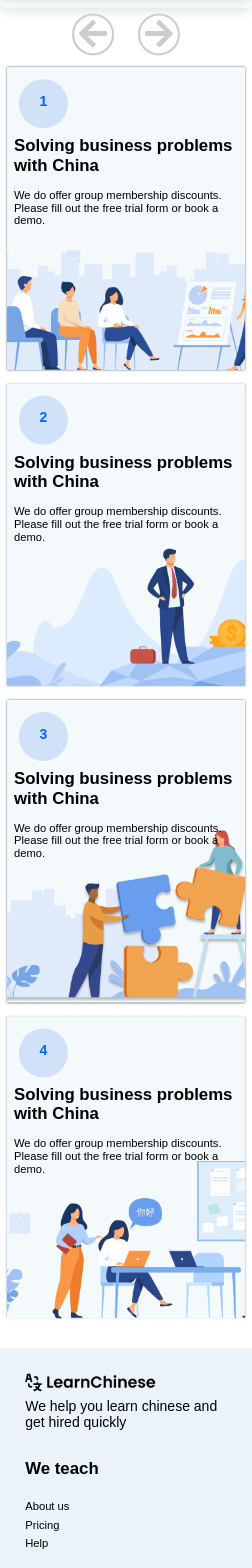
Repository: BinhIT/ChineseLearn
Page: index.html
These files come from the project's save history. The page is drawn as it stood at one moment and after the next save; the edit follows.
The browser window is 360 px wide. The pictures show the part of the page from y = 1913 to 4153 px (the page is 4390 px tall), at 70% of full size.

Above is the page before, as saved 2023-03-02 20:09:04.

### index.html
<!DOCTYPE html>
<html lang="en">

<head>
    <meta charset="UTF-8">
    <meta http-equiv="X-UA-Compatible" content="IE=edge">
    <meta name="viewport" content="width=device-width, initial-scale=1.0">
    <link rel="icon" type="image/x-icon" href="./image/uil_english-to-chinese.svg">
    <meta name="viewport" content="width=device-width, initial-scale=1">
    <link rel="stylesheet" href="https://cdnjs.cloudflare.com/ajax/libs/font-awesome/4.7.0/css/font-awesome.min.css">
    <meta name="viewport" content="width=device-width, initial-scale=1">
    <link rel="stylesheet" href="https://cdnjs.cloudflare.com/ajax/libs/font-awesome/4.7.0/css/font-awesome.min.css">
    <link rel="stylesheet" href="./css/main.css">
    <link rel="stylesheet" href="./css/header.css">
    <link rel="stylesheet" href="./css/section.css">
    <link rel="stylesheet" href="./css/stories_card.css">
    <link rel="stylesheet" href="./css/4step.css">
    <link rel="stylesheet" href="./css/QA.css">
    <link rel="stylesheet" href="./css/footer.css">
    <title>Learn Chinese </title>
</head>

<body>
    <nav id="menu_header">
        <a href="javascript:void(0);" class="icon_nav" onclick="myFunction()">
            <i class="fa fa-bars"></i>
        </a>
        <label class="logo_main"><img src="./image/logo.png" alt=""></label>
        <label class="logo_mobile"><img src="./image/logo_short.png" alt=""></label>
        <ul id="menu_link">
            <li><a href="#">About us</a></li>
            <li><a href="#">Fricing</a></li>
            <li><a href="#">Help</a></li>
        </ul>
        <ul id="menu_btn">
            <button class="btn default">Sign In</button>
            <button class="btn info">Get Started</button>
        </ul>

    </nav>
    <!-- Hero section -->
    <section class="hero-section">
        <div class="row flex-container ">
            <div class="hero-col1">
                <h1>We help you learn chinese and get hired quickly</h1>
                <h4>The free, fun, and effective way to learn a language!</h4>
                <button class="btn btn_hero">Get Started</button>
            </div>
            <div class="hero-col2">
                <img src="./image/img-hero.png" alt="">
            </div>
        </div>

    </section>
    <!--End hero section -->
    <!-- Start section -->
    <section class="start-section">
        <div class="row flex-container">
            <div class="start-img">
                <img src="./image/start.png" alt="">
            </div>
            <div class="start-content">
                <h1>Start your business</h1>
                <p>Want to start speaking Chinese from your first lesson? You will! Our lessons take you by the hand and
                    guide you through real Chinese conversations. Our teachers slow down and explain every word and
                    phrase.
                </p>
                <p>
                    Just imagine... you’ll finally understand every Chinese word you hear.Learning for travel or love?
                    Want
                    to focus on reading, writing, grammar or culture? You get lessons based on your goals and needs.
                </p>
            </div>

        </div>

    </section>
    <!--End Start section -->
    <!-- Innovative section -->
    <section class="row innovative-section">
        <div class=" innovative-container">
            <div class="innovative-content">
                <h1>Innovative teaching methods</h1>
                <h4>Transform your life by committing to learning for 30 minutes a day</h4>
            </div>
            <div class="innovative-img">
                <img src="./image/innovative.png" alt="">
            </div>

        </div>

    </section>
    <!--End Innovative section -->
    <!-- Section stories student -->
    <section class="stories-section">
        <h1>Success stories of our students</h1>
        <div class="wrapper cardGroup">

            <div class="card">
                <div class="card-banner">
                    <img class="icon-img" src='./image/bi_chat-quote.svg' alt=''>
                </div>
                <div class="card-body">
                    <p class="blog-description">"The courses are hands-on and allow you to practice as you learn so the
                        concepts stick better. Their Career Paths and interview prep content also offer general insights
                        and helpful tips on job searching in tech."
                    </p>
                    <div class="card-profile">
                        <img class="profile-img" src='./image/Ellipse 1.png' alt=''>
                        <div class="card-profile-info">
                            <h3 class="profile-name">Savannah Nguyen</h3>
                            <p class="profile-followers">Medical Assistant</p>
                        </div>
                    </div>
                </div>
            </div>

            <div class="card">
                <div class="card-banner">
                    <img class="icon-img" src='./image/bi_chat-quote.svg' alt=''>
                </div>
                <div class="card-body">
                    <p class="blog-description">"Great courses and very helpful tips for career build-up! I love the
                        learning methods, very complete with projects and quizzes that help you review your knowledge."
                    </p>

                    <div class="card-profile">
                        <img class="profile-img" src='./image/Ellipse 2.png' alt=''>
                        <div class="card-profile-info">
                            <h3 class="profile-name">Savannah Nguyen</h3>
                            <p class="profile-followers">Dog Trainer</p>
                        </div>
                    </div>
                </div>
            </div>

            <div class="card">
                <div class="card-banner">
                    <img class="icon-img" src='./image/bi_chat-quote.svg' alt=''>
                </div>
                <div class="card-body">
                    <p class="blog-description">"It is so helpful to have a thoroughly designed curriculum put together
                        for a step by step learning journey. The little coding tasks and bigger projects are well
                        designed to reinforce the concepts."
                    </p>

                    <div class="card-profile">
                        <img class="profile-img" src='./image/Ellipse 3.png' alt=''>
                        <div class="card-profile-info">
                            <h3 class="profile-name">Cody Fisher</h3>
                            <p class="profile-followers">Web Designer</p>
                        </div>
                    </div>
                </div>
            </div>

        </div>
        <div class="btn-group">
            <button onclick='slideLeft()'>
                <svg viewBox="0 0 448 512" width="40" title="arrow-left">
                    <path fill="currentColor"
                        d="M257.5 445.1l-22.2 22.2c-9.4 9.4-24.6 9.4-33.9 0L7 273c-9.4-9.4-9.4-24.6 0-33.9L201.4 44.7c9.4-9.4 24.6-9.4 33.9 0l22.2 22.2c9.5 9.5 9.3 25-.4 34.3L136.6 216H424c13.3 0 24 10.7 24 24v32c0 13.3-10.7 24-24 24H136.6l120.5 114.8c9.8 9.3 10 24.8.4 34.3z" />
                </svg>
            </button>
            <button onclick='slideRight()'>
                <svg viewBox="0 0 448 512" width="40" title="arrow-right">
                    <path
                        d="M190.5 66.9l22.2-22.2c9.4-9.4 24.6-9.4 33.9 0L441 239c9.4 9.4 9.4 24.6 0 33.9L246.6 467.3c-9.4 9.4-24.6 9.4-33.9 0l-22.2-22.2c-9.5-9.5-9.3-25 .4-34.3L311.4 296H24c-13.3 0-24-10.7-24-24v-32c0-13.3 10.7-24 24-24h287.4L190.9 101.2c-9.8-9.3-10-24.8-.4-34.3z" />
                </svg>
            </button>
        </div>
    </section>
    <!--End  Section stories student -->
    <!-- Section call to action -->
    <section class="row" style="display: none;">
        <div class="  wrapper call-action-wrapper">
            <h1>Start your learning journey today!</h1>
            <h3>With a free 7-day trial!</h3>
            <div>
                <button class="btn btn_defaut">Get Started</button>
            </div>

        </div>
    </section>
    <!--End  Section call to action -->
    <!-- Section steps-->
    <section class="steps-section">
        <div class="wrapper steps-wrapper">
            <div class="card-steps " style="background-image: url('./image/step1-bg.png');">
                <div class="card-steps-action">
                    <div class="step-number">
                        <h4>1</h4>
                    </div>
                </div>
                <div class="card-steps-content">
                    <h2>Solving business problems with China</h2>
                    <p>We do offer group membership discounts. Please fill out the free trial form or book a demo.</p>
                </div>
            </div>
            <div class="card-steps" style="background-image: url('./image/step2-bg.png')">
                <div class="card-steps-action">
                    <div class="step-number">
                        <h4>2</h4>
                    </div>
                </div>
                <div class="card-steps-content">
                    <h2>Solving business problems with China</h2>
                    <p>We do offer group membership discounts. Please fill out the free trial form or book a demo.</p>
                </div>
            </div>
            <div class="card-steps" style="background-image: url('./image/step3-bg.png')">
                <div class="card-steps-action">
                    <div class="step-number">
                        <h4>3</h4>
                    </div>
                </div>
                <div class="card-steps-content">
                    <h2>Solving business problems with China</h2>
                    <p>We do offer group membership discounts. Please fill out the free trial form or book a demo.</p>
                </div>
            </div>
            <div class="card-steps" style="background-image: url('./image/step4-bg.png')">
                <div class="card-steps-action">
                    <div class="step-number">
                        <h4>4</h4>
                    </div>
                </div>
                <div class="card-steps-content">
                    <h2>Solving business problems with China</h2>
                    <p>We do offer group membership discounts. Please fill out the free trial form or book a demo.</p>
                </div>
            </div>


        </div>

    </section>
    <!--End  Section steps -->
    <!-- Section QA-->
    <section class="qa-section" style="display: none;">
        <div class=" row wrapper qa-container">
            <div class="qa-img col">
                <img src="./image/QA.png" alt="">
            </div>
            <div class="qa-content col">
                <!-- <div class="div-question">
                    <h1>QA</h1>
                </div>
                <div class="div-question">
                    <h5>How long does my subscription last?</h5>
                    <p>We do offer group membership discounts. Please fill out the free trial form or book a demo
                        here
                        and someone from our Enterprise team will follow up with you.</p>
                </div> -->
                <div class="faq-container">
                    <div class="faq">
                        <h3 class="faq-title">
                            How long does my subscription last?
                        </h3>
                        <p class="faq-text">We do offer group membership discounts. Please fill out the free trial form
                            or book a demo here and someone from our Enterprise team will follow up with you.</p>
                        <button class="faq-toggle">
                            <img src="./image/plus.svg" id="plus_btn">
                            <img src="./image/subtract.svg" id="sub_btn">
                        </button>
                    </div>

                    <div class="faq active">
                        <h3 class="faq-title">
                            What can I do if I'm stuck on a learning task?
                        </h3>
                        <p class="faq-text">We do offer group membership discounts. Please fill out the free trial form
                            or book a demo here and someone from our Enterprise team will follow up with you.</p>
                        <button class="faq-toggle">
                            <img src="./image/plus.svg" id="plus_btn">
                            <img src="./image/subtract.svg" id="sub_btn">
                        </button>
                    </div>
                    <div class="faq">
                        <h3 class="faq-title">
                            Do you have a free trial?
                        </h3>
                        <p class="faq-text">We do offer group membership discounts. Please fill out the free trial form
                            or book a demo here and someone from our Enterprise team will follow up with you.</p>
                        <button class="faq-toggle">
                            <img src="./image/plus.svg" id="plus_btn">
                            <img src="./image/subtract.svg" id="sub_btn">
                        </button>
                    </div>
                    <div class="faq">
                        <h3 class="faq-title">
                            What if I have a question that isn't answered here?
                        </h3>
                        <p class="faq-text">We do offer group membership discounts. Please fill out the free trial form
                            or book a demo here and someone from our Enterprise team will follow up with you.</p>
                        <button class="faq-toggle">
                            <img src="./image/plus.svg" id="plus_btn">
                            <img src="./image/subtract.svg" id="sub_btn">
                        </button>
                    </div>


                </div>
            </div>
        </div>
    </section>
    <!-- footer -->
    <footer class="footer-container">
        <div class="footer">
            <div class="footer-heading">
                <img class="logo_footer" src="./image/logo-dark.png" alt="">
                <p>We help you learn chinese and get hired quickly</p>
            </div>

            <div class="footer-heading">
                <h2>We teach</h2>
                <a href="">About us </a>
                <a href="">Pricing</a>
                <a href="">Help</a>
            </div>

            <div class="footer-heading">
                <h2>Subcribe</h2>
                <div class="subcribe-form">

                    <input id="search-input" autocomplete="off" autocorrect="off" autocapitalize="off" type="input"
                        placeholder="test@mail.com" />
                    <button id="search-button"><img src="./image/Arrow 1.svg" alt=""></button>
                </div>
            </div>
        </div>
        <div class="footer-absolute">
            <div>Copyright © 2022.</div>
            <div>
                <ul class="social-icons">
                    <li><a class="linkedin" href="#"><img src="./image/linkin-icon.svg" alt=""></a></li>
                    <li><a class="facebook" href="#"><img src="./image/fb-icon.svg" alt=""></a></li>
                    <li><a class="github" href="#"><img src="./image/github.svg" alt=""></a></li>
                </ul>
            </div>
        </div>
    </footer>
    <!-- Site footer -->

</body>
<script src="./js/main.js"></script>
<script src="./js/slider.js"></script>

</html>

### css/main.css
:root {
    --clr-gray-light: #d7dfe2;
    --clr-gray-med: #616b74;
    --clr-gray-dark: #414b56;
    --clr-primary: #0066FF;
    --clr-blue: #EAF3FA;
    ;
}

@import url('https://fonts.googleapis.com/css2?family=Poppins:wght@500;600&display=swap');



* {
    padding: 0;
    margin: 0;
    text-decoration: none;
    list-style: none;
    font-family: 'Poppins', sans-serif;

}

body {

    padding: auto;
    margin: auto;
}

.wrapper {
    padding-top: 2%;
    display: flex;
    flex-wrap: wrap;
    justify-content: center;
}

.btn {
    border-radius: 25px;
    font-size: 16px;
    cursor: pointer;
    border: none;

}

.btn_defaut {
    background-color: #fff;
    padding: 15px 45px;
    font-weight: 700;
    color: #000;

}

.call-action-wrapper {
    width: 70%;
    margin: auto;
    color: #ffff;
    text-align: center;
    line-height: 4em;
    background-color: var(--clr-primary);
    flex-direction: column;
    height: 14em;
    border-radius: 25px;

}

.call-action-wrapper h1 {
    font-size: 40px;
}

.call-action-wrapper h3 {
    font-size: 30px;
    font-weight: 400;
}

### css/header.css
#menu_header {
    display: flex;
    flex-wrap: nowrap;
    justify-content: space-between;
    align-items: center;
}

nav {
    width: 85%;
    height: 65px;
    margin: 0 auto;
    background: #ffffff;
    border-bottom: 2px solid #B3B3B3;
}

label.logo {
    font-size: 35px;
    font-weight: bold;
    color: #fff;
    padding: 0 100px;
    line-height: 80px;
}

nav ul {
    float: right;
    margin-right: 40px;
}

nav li {
    display: inline-block;
    margin: 0 8px;
    line-height: 80px;
}

nav a {
    color: #000000;
    font-size: 18px;
    font-weight: 700;
    border: 1px solid transparent;
    padding: 7px 10px;
    border-radius: 3px;
}

a.active,
a:hover {
    border: 1px solid #000000;
    transition: .5s;
}


/* Blue */
.info {
    background-color: #0066FF;
    border-color: #2196F3;
    color: rgb(255, 255, 255);
    padding: 8px 28px;
}

.info:hover {
    background: #0066FF;
    color: white;
}

/* Gray */
.default {
    border-color: #e7e7e7;
    color: black;
    padding: 8px 28px;
}

.default:hover {
    background: #e7e7e7;
}

/* logo */
.logo_mobile {
    display: none;
}

#menu_header .icon_nav {
    display: none;

}



@media only screen and (max-width:854px) {
    .logo_mobile {
        display: block;
    }

    .logo_main {
        display: none;
    }

    nav {
        width: 95%;
    }

    #menu_header .icon_nav {
        display: block;
        width: 30%;
    }

    #menu_btn {
        display: contents;
        float: right;
    }

    #menu_btn .default {
        display: none;
    }

    #menu_header #menu_link {
        display: none;
    }

    .btn_header {
        font-size: 5px;
        padding: 8px 25px;
    }


}

@media only screen and (max-width: 1024px) {
    nav #icon {
        display: block;
    }

    .logo_mobile {
        display: block;
        width: 15%;
    }

    .logo_main {
        display: none;
    }

    nav a {
        font-size: 18px;
    }

    a.active,
    a:hover {
        border: none;
        color: #3498db;
    }

    nav ul.show {
        left: 0;
    }

    .btn_header {

        font-size: 8px;
    }
}

### css/stories_card.css
.card {
    overflow: hidden;
    box-shadow: 0px 2px 20px var(--clr-gray-light);
    background: white;
    border-radius: 0.5rem;
    position: relative;
    width: 350px;
    margin: 1rem;
    transition: 250ms all ease-in-out;
    cursor: pointer;
}

.card:hover {
    transform: scale(1.05);
    box-shadow: 0px 2px 40px var(--clr-gray-light);
}

.icon-img {
    padding-top: 2%;
    height: 2rem;
    width: 14%;
}


.card-body {
    margin: 2rem 1rem 1rem 1rem;
}

.blog-hashtag {
    font-size: 0.9rem;
    font-weight: 500;
    color: var(--clr-link);
}

.blog-title {
    line-height: 1.5rem;
    margin: 1rem 0 0.5rem;
}

.blog-description {
    color: var(--clr-gray-med);
    font-size: 0.9rem;
    text-align: left;
}

.card-profile {
    display: flex;
    margin-top: 2rem;
    align-items: center;
}

.profile-img {
    width: 60px;
    height: 60px;
    object-fit: cover;
    border-radius: 50%;
}

.card-profile-info {
    margin-left: 1rem;
}

.profile-name {
    font-size: 1rem;
}

.profile-followers {
    color: var(--clr-gray-med);
    font-size: 0.9rem;
}

.stories-section h1 {
    padding-top: 2%;
    text-align: center;
}

.btn-group button {
    width: 60px;
    height: 60px;
    background: transparent;
    border-radius: 50%;
    border: 3px solid #ccc;
    margin: 0 15px;
}

.btn-group button path {
    fill: #ccc;
}

.btn-group button:hover {
    background: #ccc;
}

.btn-group button:hover path {
    fill: #333;
}

/* ---slider animation */

/*  go to left after button click*/
[data-status='moveLeft'],
[data-status='moveRight'],
[data-status='center'] {
    transition: transform 500ms cubic-bezier(.24, .8, .26, .81);
    display: block !important;
}

[data-status='moveLeft'] {
    transform: translate(-300px, 100px) scale(0);
}

/*  set position on the left to be shown*/
[data-status='comeFromLeft'] {
    transform: translate(-300px, 100px) scale(0)
}

/*  go to right after button click*/
[data-status='moveRight'] {
    transform: translate(300px, 100px) scale(0);
}

/* set position on the right to get shown */
[data-status='comeFromRight'] {
    transform: translate(300px, 100px) scale(0);
}

[data-status='center'] {
    transform: translate(0, 0) scale(1);
}

.btn-group {
    display: none;
    text-align: center;
}

/* tablet */
@media screen and (max-width: 768px) {
    .cardGroup {
        width: 100%;
        height: 287px;
        position: relative;
    }

    .card {
        position: absolute;
        width: 100%;
    }

    .btn-group {
        display: block;
        text-align: center;
    }



}

### css/4step.css
.card-steps {
    width: calc(39.33333% - 20px);
    display: flex;
    flex-wrap: wrap;
    flex-direction: column;
    margin: 10px;
    background-color: rgb(244, 249, 252);
    background-repeat: no-repeat;
    background-size: cover;
    background-position: center bottom;
    box-shadow: 0 0 3px var(--clr-gray-med);
}


.card-steps-content {
    padding-top: 5%;
    flex: 1 0 auto;
    width: 100%;
    height: 300px;
}

.card-steps-content * {
    padding: 10px
}

.card-steps-action {
    flex: 0 0 auto;
    align-self: flex-end;
    width: 100%;
    height: 4em;
}

.card-steps-action * {
    padding: 10px;
}

.step-number {
    background-color: #D1E1F8;
    text-align: center;
    color: var(--clr-primary);
    border-radius: 100%;
    font-size: 20px;
    margin: 5% 5%;
    width: 50px;
    height: 50px;
}

@media (max-width: 768px) {
    .container {
        margin: 0;
    }

    .card-steps {
        width: 100%;
        flex-direction: row;
    }

    .card-steps-image {
        height: auto;
        flex: 1 0;
    }

    .card-steps-content {
        flex: 2 0;
    }

    .card-steps-action {
        flex: 1 0 100%;
    }
}

@media screen and (max-width: 360px) {
    .card-steps-content {
        flex: 2 0;
    }

    .card-steps-content {
        padding-top: 7%;
        flex: 1 0 auto;
        width: 100%;
        height: 344px;
    }
}

### css/QA.css
.qa-container .col {
    width: 50%;
}

.qa-img img {
    max-width: 80%;
    height: auto;
}

.div-question {
    border-bottom: 2px solid var(--clr-gray-med);
    line-height: 2em;
}

.faq-container {
    max-width: 600px;
    margin: 0 auto;
    border-radius: 10px;
    background-color: #fff;
    overflow: hidden;
    box-shadow: rgba(0, 0, 0, 0.1) 0px 4px 12px;
}

.faq {
    box-sizing: border-box;
    background: transparent;
    padding: 30px;
    position: relative;
    overflow: hidden;
}

.faq:not(:first-child) {
    border-top: 1px solid #e6e6e6;
}

.faq-title {
    margin: 0 35px 0 0;
}

.faq-text {
    margin: 30px 0 0;
    display: none;
    line-height: 1.5rem;
}

.faq.active {
    background-color: #f8f8f8;
}

#sub_btn {
    display: none;
}

.faq.active .faq-text {
    display: block;
}

.faq.active #sub_btn {
    display: block;
}

.faq.active #plus_btn {
    display: none;
}

.faq-toggle {
    background-color: transparent;
    border: 1px solid #e6e6e6;
    color: inherit;
    border-radius: 50%;
    cursor: pointer;
    display: flex;
    align-items: center;
    justify-content: center;
    font-size: 16px;
    padding-top: 3px;
    position: absolute;
    top: 30px;
    right: 30px;
    height: 30px;
    width: 30px;
    transition: 0.3s ease;
}

.faq-toggle:focus {
    outline: none;
}

.faq.active .faq-toggle {
    transform: rotate(180deg);
    background-color: var(--accent-color);
    border-color: var(--accent-color);
    color: #fff;
}

### css/footer.css
.footer-container {
    overflow: auto;
    background-color: var(--clr-blue);
    padding: 2rem 0;
    margin-top: 2em;
}

.footer {
    width: 80%;
    color: #000000;
    display: flex;
    justify-content: space-around;
    flex-wrap: wrap;
    gap: 40px;
    margin: auto;
}

.footer-absolute {
    border-top: 1px solid var(--clr-gray-med);

    margin: auto;
    width: 80%;
    display: flex;
    justify-content: space-between;
}

.footer-absolute div {
    padding-top: 2%;
}

.footer-heading {
    display: flex;
    flex-direction: column;
    width: 300px;

}

.footer-heading p {
    padding-top: 2%;
    font-size: 20px;
}

.logo_footer {
    width: 65%;
}

.footer-heading h2 {
    margin-bottom: 2rem;
}

.footer-heading a {
    color: #000000;
    text-decoration: none;
    margin-bottom: 0.5rem;
}


.subcribe-form {
    margin: 0 auto;
    max-width: 550px;
    position: relative;
    padding-top: 5%;
}


.subcribe-form button {
    border: none;
    background-color: transparent;
    position: absolute;
    top: 20px;
    right: -64px;
    bottom: 6px;
    color: #2E4453;
    line-height: 18px;
    padding: 8px 32px;
}

.subcribe-form input {
    border: 1px solid var(--clr-gray-med);
    border-radius: 25px;
    font-size: 18px;
    width: 100%;
    padding: 13px 16px 12px 48px;
    transition: all 0.15s ease-in-out;
}

.search-example {
    margin: 0 auto;
    padding: 80px 0;
    width: 600px;
}

.search-example-info {
    display: inline-block;
    max-width: 49%;
    text-align: right;
    box-sizing: border-box;
    padding-right: 16px;
}

.search-example-info p {
    line-height: 1.4;
    margin-bottom: 8px;
}

.search-example-info a {}


.example-browser {
    display: inline-block;
    max-width: 49%;
}

.site-footer .social-icons {
    text-align: right
}

.site-footer .social-icons a {
    width: 40px;
    height: 40px;
    line-height: 40px;
    margin-left: 6px;
    margin-right: 0;
    border-radius: 100%;
    background-color: #33353d
}

.social-icons {
    padding-left: 0;
    margin-bottom: 0;
    list-style: none
}

.social-icons li {
    display: inline-block;
    margin-bottom: 4px
}

.social-icons li.title {
    margin-right: 15px;
    text-transform: uppercase;
    color: #96a2b2;
    font-weight: 700;
    font-size: 13px
}

.social-icons a {
    font-size: 16px;
    display: inline-block;
    line-height: 44px;
    width: 44px;
    height: 44px;
    text-align: center;
    margin-right: 8px;
    border-radius: 100%;
    -webkit-transition: all .2s linear;
    -o-transition: all .2s linear;
    transition: all .2s linear
}

.social-icons a:active,
.social-icons a:focus,
.social-icons a:hover {
    border: none;
}

.social-icons.size-sm a {
    line-height: 34px;
    height: 34px;
    width: 34px;
    font-size: 14px
}

Loaded but not shown: js/slider.js (23 lines, source omitted); js/main.js (7 lines, source omitted); css/section.css (298 lines, source omitted)

After the next save:
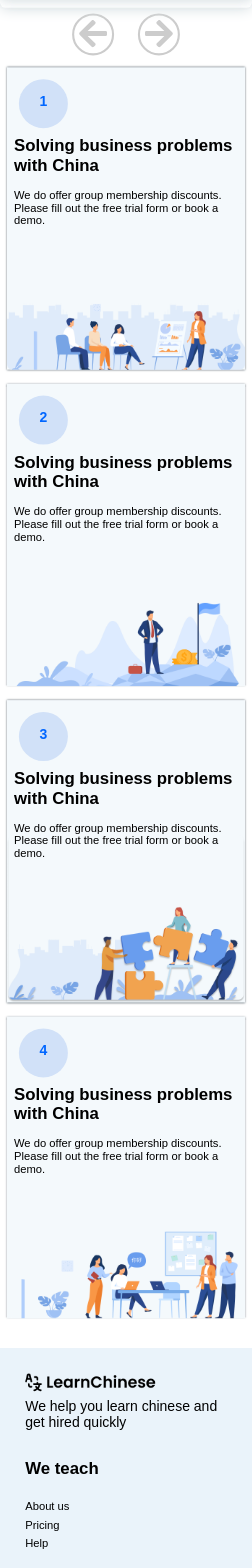
Saved 19 s later.
--- a/css/4step.css
+++ b/css/4step.css
@@ -67,9 +67,7 @@
     .card-steps-action {
         flex: 1 0 100%;
     }
-}
 
-@media screen and (max-width: 360px) {
     .card-steps-content {
         flex: 2 0;
     }
@@ -81,3 +79,10 @@
         height: 344px;
     }
 }
+
+@media screen and (max-width: 360px) {
+
+    .card-steps {
+        background-size: 100%;
+    }
+}
